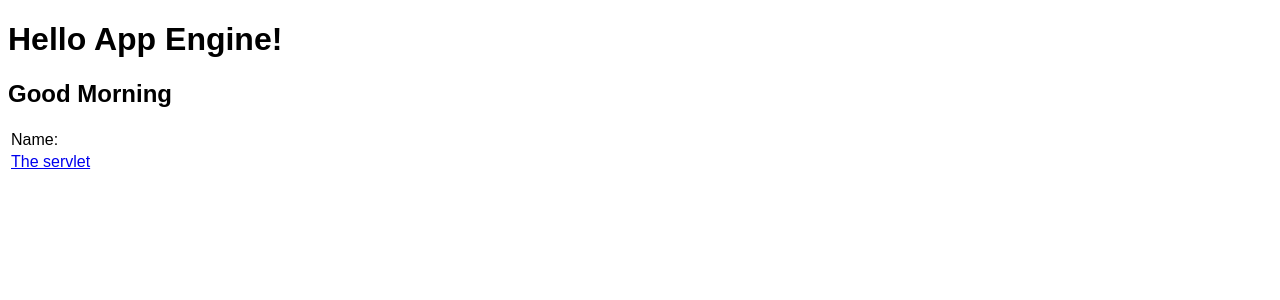
Repository: kedards25/AppEngineDemos
Page: HelloAppEngine/src/main/webapp/index.html
The author's editor kept a copy of each file at every save. The page is drawn from the files as they stood at one save, then again after the next save.
The browser window is 1280 px wide. The pictures show the whole page.

Above is the page before, as saved 2020-11-20 03:17:15.

### HelloAppEngine/src/main/webapp/index.html
<!DOCTYPE html>
<html xmlns="http://www.w3.org/1999/xhtml" lang="en">
  <head>
    <meta http-equiv="content-type" content="application/xhtml+xml; charset=UTF-8" />
    <title>Hello App Engine</title>
  </head>

  <body style="font-family: sans-serif;">
    <h1>Hello App Engine!</h1>
	<h2>Good Morning</h2>
    <table>
      <tr>
        <td>Name:</td>
      </tr>
      <tr>
        <td><a href='/hello'>The servlet</a></td>
      </tr>
    </table>
  </body>
</html>

After the next save:
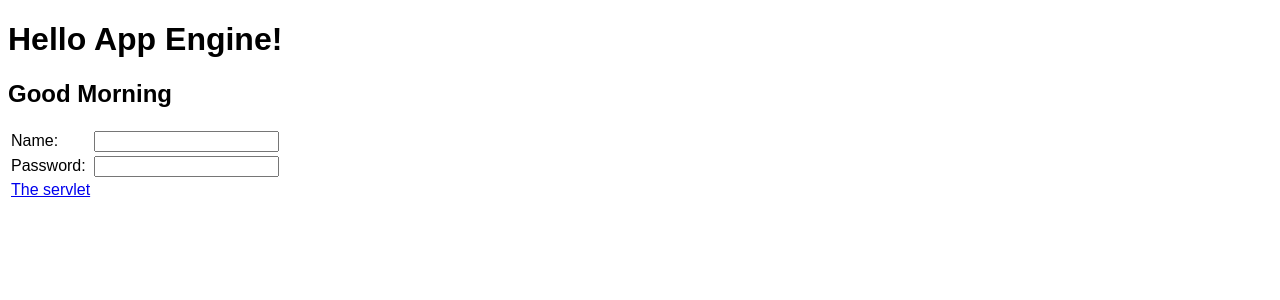
Saved 5 min 11 s later.
--- a/HelloAppEngine/src/main/webapp/index.html
+++ b/HelloAppEngine/src/main/webapp/index.html
@@ -11,6 +11,11 @@
     <table>
       <tr>
         <td>Name:</td>
+        <td><input type="text" name="usernm"> </td>
+      </tr>
+      <tr>
+        <td>Password:</td>
+        <td><input type="password" name="userpass"> </td>
       </tr>
       <tr>
         <td><a href='/hello'>The servlet</a></td>
